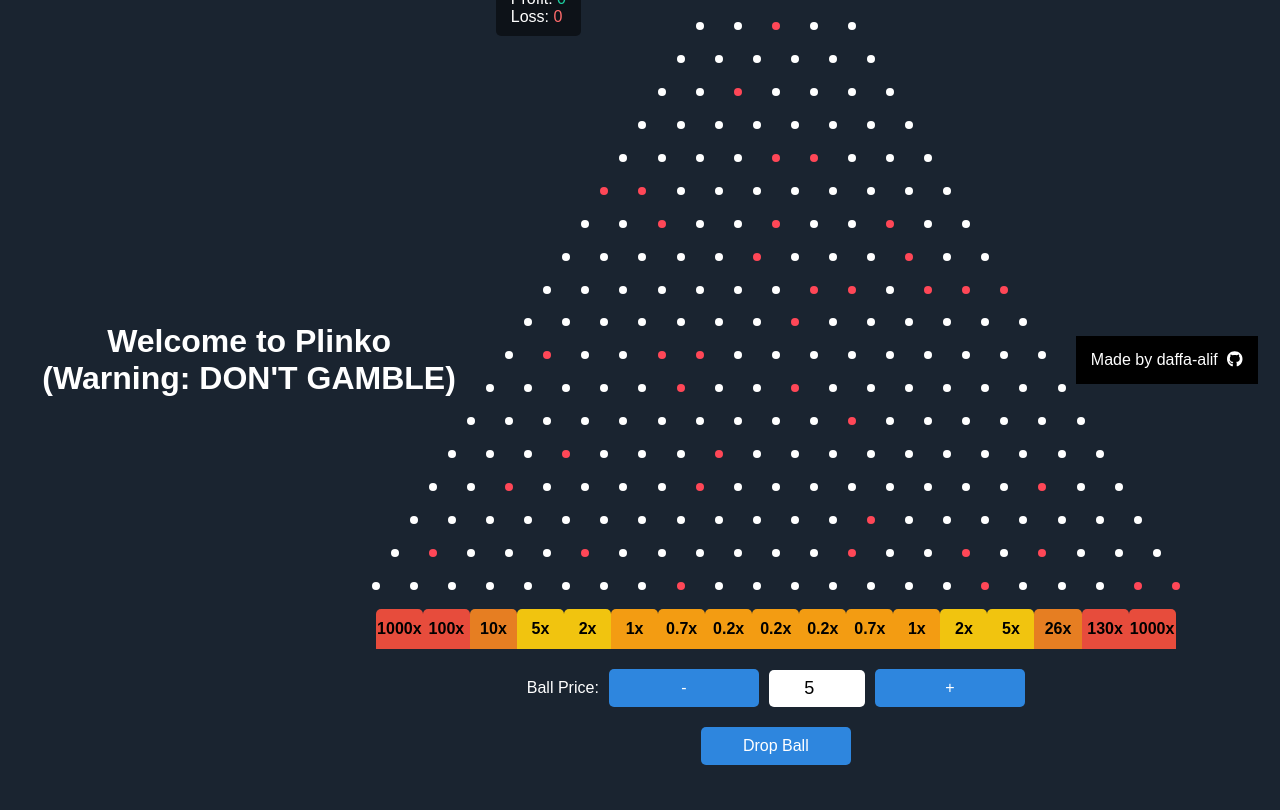
Repository: daffa-alif/PLINKO-JS
Page: index.html
The author's editor kept a copy of each file at every save. The page is drawn from the files as they stood at one save, then again after a run of saves.
The browser window is 1280 px wide. The pictures show the whole page.

Above is the page before, as saved 2025-03-07 09:32:05.

After the next 2 saves:
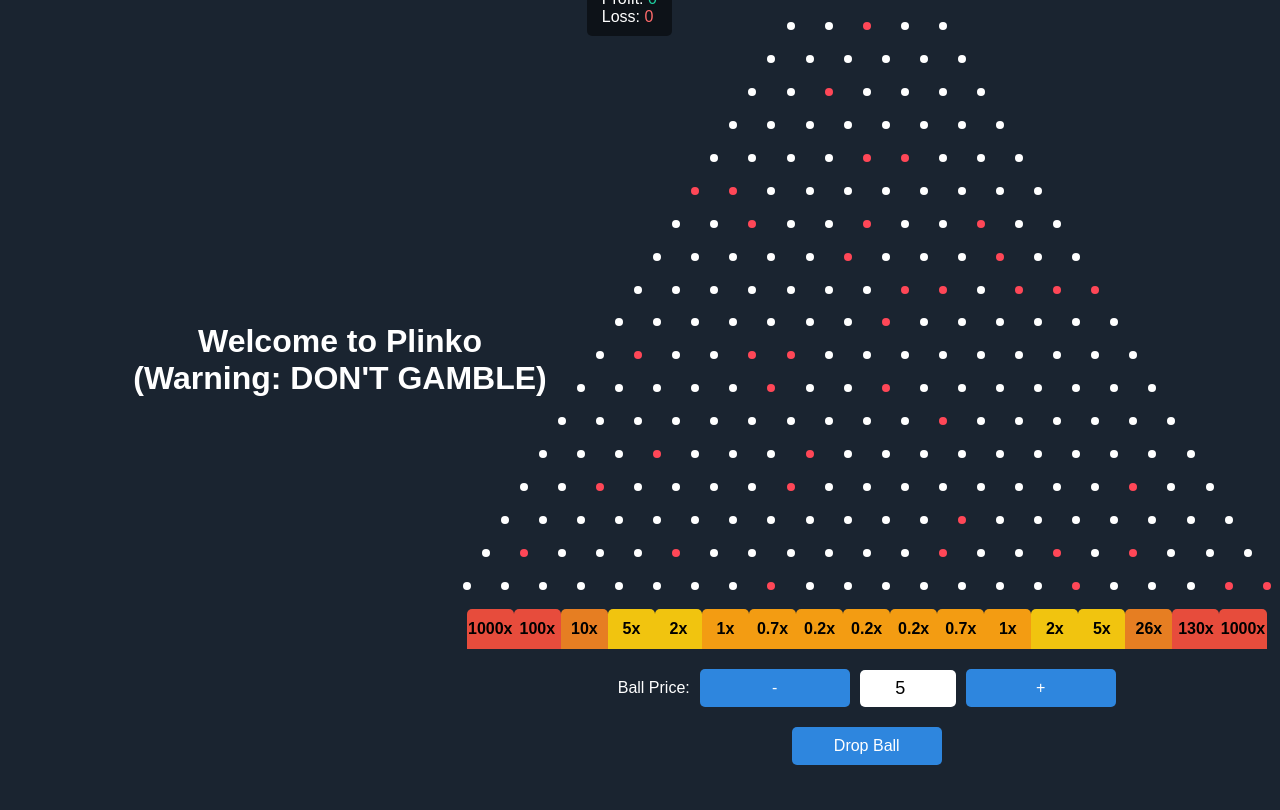
The 2 saves are shown as one change because they came seconds apart.
The last was saved 22 s later.
--- a/index.html
+++ b/index.html
@@ -34,12 +34,7 @@
         </div>
     </main>
 
-    <footer style="background-color: black; color: white; text-align: center; padding: 15px;">
-        Made by daffa-alif
-        <a href="https://github.com/daffa-alif" target="_blank" style="color: white; margin-left: 5px;">
-            <i class="fab fa-github"></i>
-        </a>
-    </footer>
+
 
     <script src="script.js"></script>
 

After the save that followed:
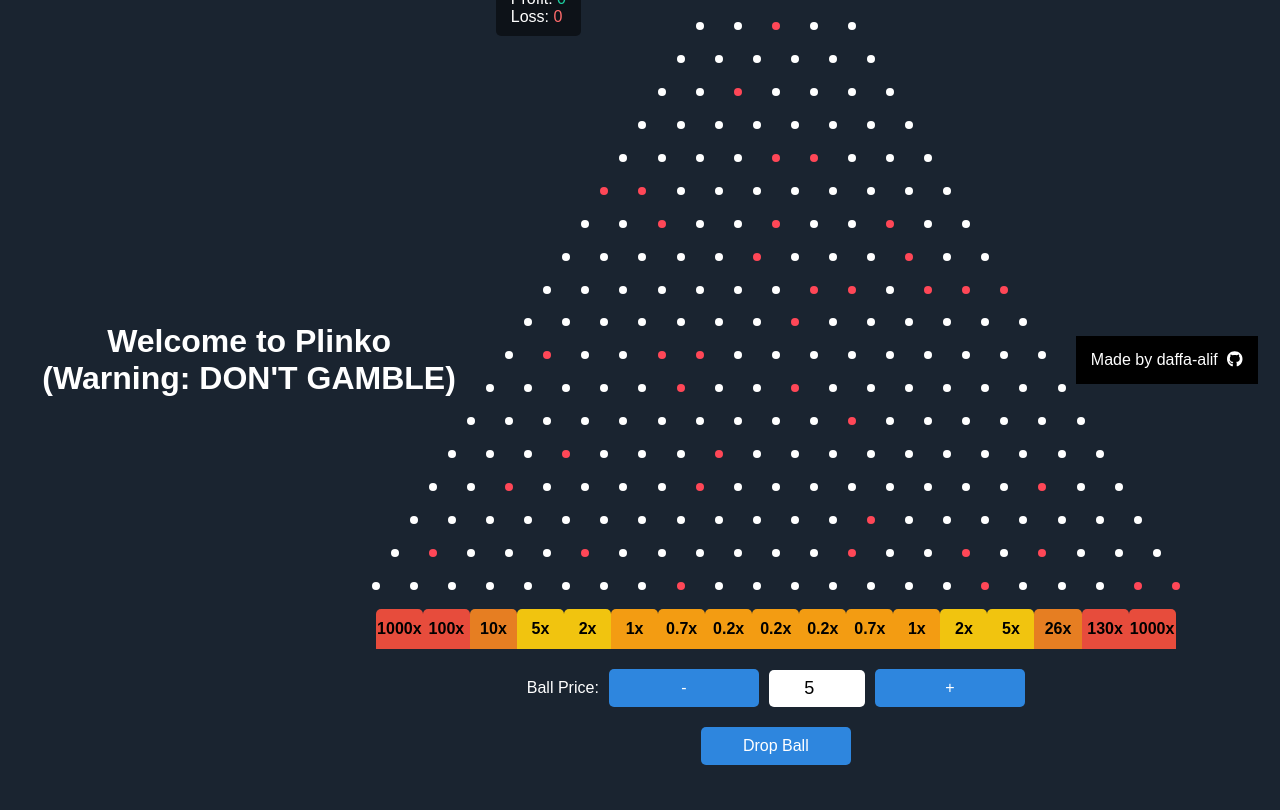
Saved 11 s later.
--- a/index.html
+++ b/index.html
@@ -34,7 +34,12 @@
         </div>
     </main>
 
-
+    <footer style="background-color: black; color: white; text-align: center; padding: 15px;">
+        Made by daffa-alif
+        <a href="https://github.com/daffa-alif" target="_blank" style="color: white; margin-left: 5px;">
+            <i class="fab fa-github"></i>
+        </a>
+    </footer>
 
     <script src="script.js"></script>
 
